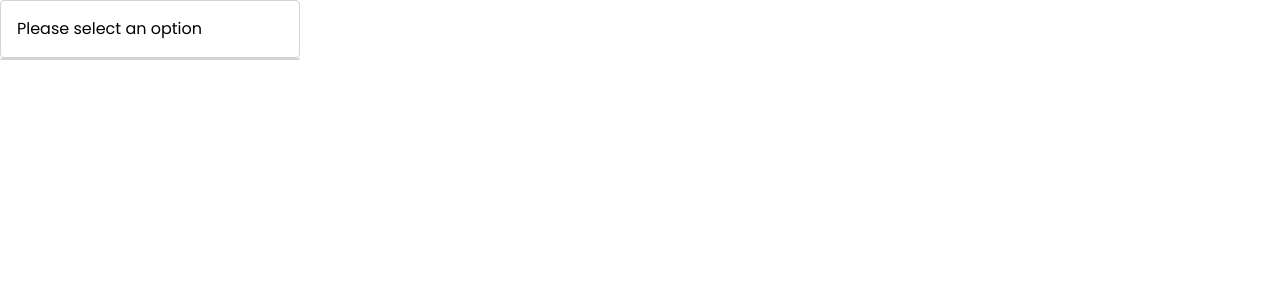
Repository: ThanhPhongsof/React-Course
Page: /, after clicking the first element matching `div.flex`
The author's editor kept a copy of each file at every save. The page is drawn from the files as they stood at one save, then again after the next save.
The browser window is 1280 px wide. The pictures show the whole page.
The project was rebuilt for these pictures with package versions that can differ from the ones it lists, and the page was loaded fresh each time.

Above is the page before, as saved 2022-04-26 09:12:03.

### src/index.js
import React from "react";
import ReactDOM from "react-dom";
import App from "./App";
import reportWebVitals from "./reportWebVitals";
import "./index.scss";
import { BrowserRouter } from "react-router-dom";

// ReactDOM.render(
//   // <React.StrictMode>
//     <BrowserRouter>
//       <App />
//     </BrowserRouter>
//   // </React.StrictMode>,
//   document.getElementById("root")
// );

ReactDOM.render(
  <BrowserRouter>
    <App />
  </BrowserRouter>,
  document.getElementById("root")
);

// If you want to start measuring performance in your app, pass a function
// to log results (for example: reportWebVitals(console.log))
// or send to an analytics endpoint. Learn more: https://bit.ly/CRA-vitals
reportWebVitals();

### src/App.js
import React from "react";
import Dropdown from "./components/advanced-react/inversion-of-control/Dropdown";

const options = [
  {
    title: "Frontend Developer",
    onClick: () => {},
  },
];

const App = () => {
  return (
    <div>
      <Dropdown options={options}></Dropdown>
    </div>
  );
};

export default App;

### src/index.scss
@tailwind base;
@tailwind components;
@tailwind utilities;

@layer base {
  @import url("https://fonts.googleapis.com/css2?family=Poppins:wght@300;400;500;700&display=swap");
  body {
    font-family: "Poppins", sans-serif;
  }
}
.skeleton {
  background-color: #eee;
  background-image: linear-gradient(
    110deg,
    #ececec 8%,
    #f5f5f5 18%,
    #ececec 33%
  );
  background-size: 200% 100%;
  animation: 1.5s shine linear infinite;
}
@keyframes shine {
  to {
    background-position-x: -200%;
  }
}
.zoom-enter .content {
  opacity: 0;
  transform: scale(0.5);
}
.zoom-enter-active .content {
  opacity: 1;
  transform: scale(1);
}
.zoom-exit .content {
  opacity: 1;
}
.zoom-exit-active .content {
  opacity: 0;
  transform: scale(0.5);
}

// Fade

.fade-enter .tooltip {
  opacity: 0;
}
.fade-enter-active .tooltip {
  opacity: 1;
}
.fade-exit .tooltip {
  opacity: 1;
}
.fade-exit-active .tooltip {
  opacity: 0;
}

### src/components/advanced-react/inversion-of-control/Dropdown.js
import React, { useState } from "react";

const Dropdown = ({ options }) => {
  const [show, setShow] = useState(false);
  const handleToggleDropdown = () => {
    setShow((show) => !show);
  };

  return (
    <div className="relative inline-block w-full max-w-[300px]">
      <div
        className="flex items-center justify-between p-4 border border-gray-300 rounded cursor-pointer placehoder"
        onClick={handleToggleDropdown}
      >
        Please select an option
      </div>
      {show && (
        <div className="border border-gray-300 rounded options">
          {options &&
            options?.map((item) => {
              <div className="p-4 cursor-pointer option-item">Frontend</div>;
            })}
        </div>
      )}
    </div>
  );
};

export default Dropdown;

### tailwind.config.js
module.exports = {
  content: ["./src/**/*.{js,jsx,ts,tsx}"],
  theme: {
    extend: {
      backgroundImage: {
        "primary-gradient": `linear-gradient(
          86.88deg,
          #7d6aff 1.38%,
          #ffb86c 64.35%,
          #fc2872 119.91%
        )`,
        "secondary-gradient": `linear-gradient(86.88deg, #20e3b2, #2cccff)`,
      },
    },
  },
  plugins: [],
};

Loaded but not shown: public/index.html (common file); src/reportWebVitals.js (common file)

After the next save:
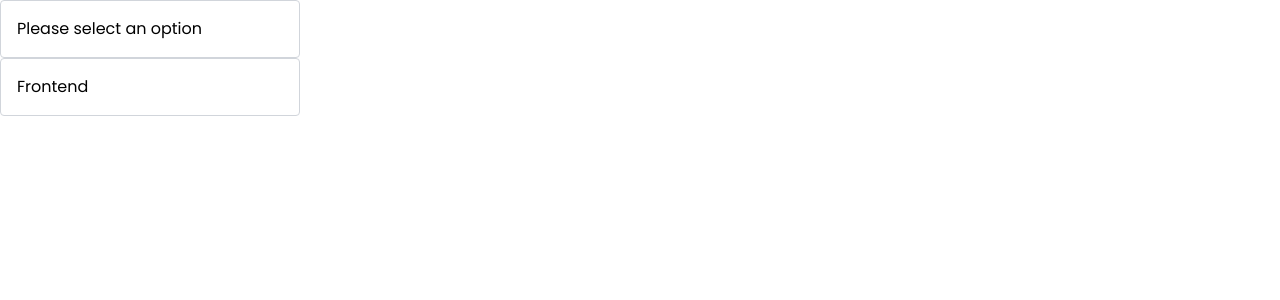
Saved 15 s later.
--- a/src/components/advanced-react/inversion-of-control/Dropdown.js
+++ b/src/components/advanced-react/inversion-of-control/Dropdown.js
@@ -17,9 +17,9 @@ const Dropdown = ({ options }) => {
       {show && (
         <div className="border border-gray-300 rounded options">
           {options &&
-            options?.map((item) => {
-              <div className="p-4 cursor-pointer option-item">Frontend</div>;
-            })}
+            options?.map((item) => (
+              <div className="p-4 cursor-pointer option-item">Frontend</div>
+            ))}
         </div>
       )}
     </div>
